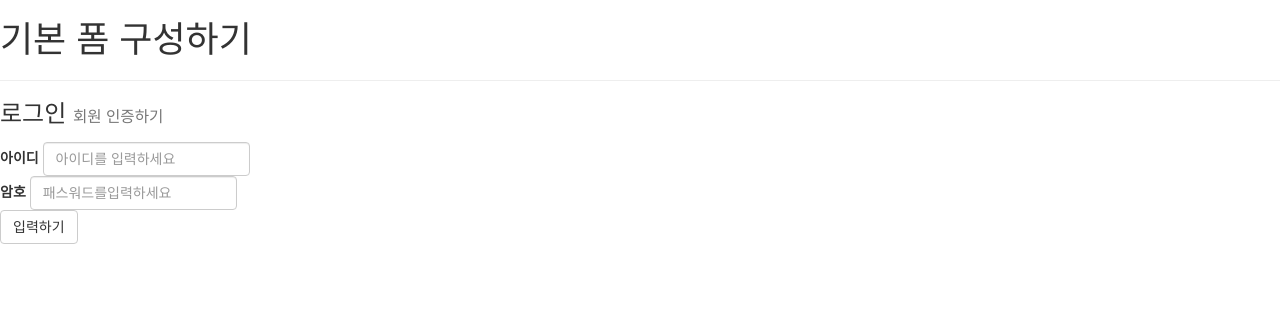
Repository: Umkimisstrong/UM_Webbb
Page: BootstrapApp/WebContent/BootEx05.html
The author's editor kept a copy of each file at every save. The page is drawn from the files as they stood at one save, then again after the next save.
The browser window is 1280 px wide. The pictures show the whole page.

Above is the page before, as saved 2022-05-16 03:34:58.

After the next save:
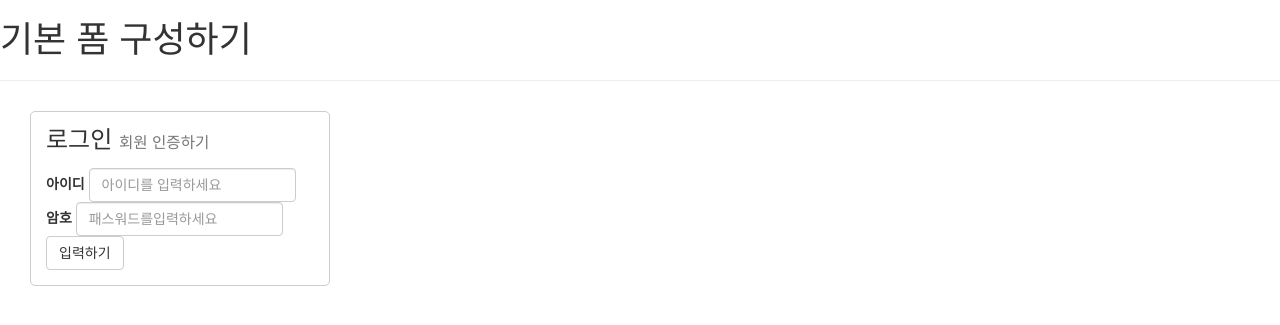
Saved 10 s later.
--- a/BootstrapApp/WebContent/BootEx05.html
+++ b/BootstrapApp/WebContent/BootEx05.html
@@ -9,6 +9,14 @@
 <script type="text/javascript" src="js/bootstrap.min.js"></script>
 
 <style type="text/css">
+	#login
+	{
+		border: 1px solid #ccc;
+		border-radius: 5px;
+		width: 300px;
+		padding: 15px;
+		margin: 30px;
+	}
 	#login h3
 	{
 		margin: 0px;
